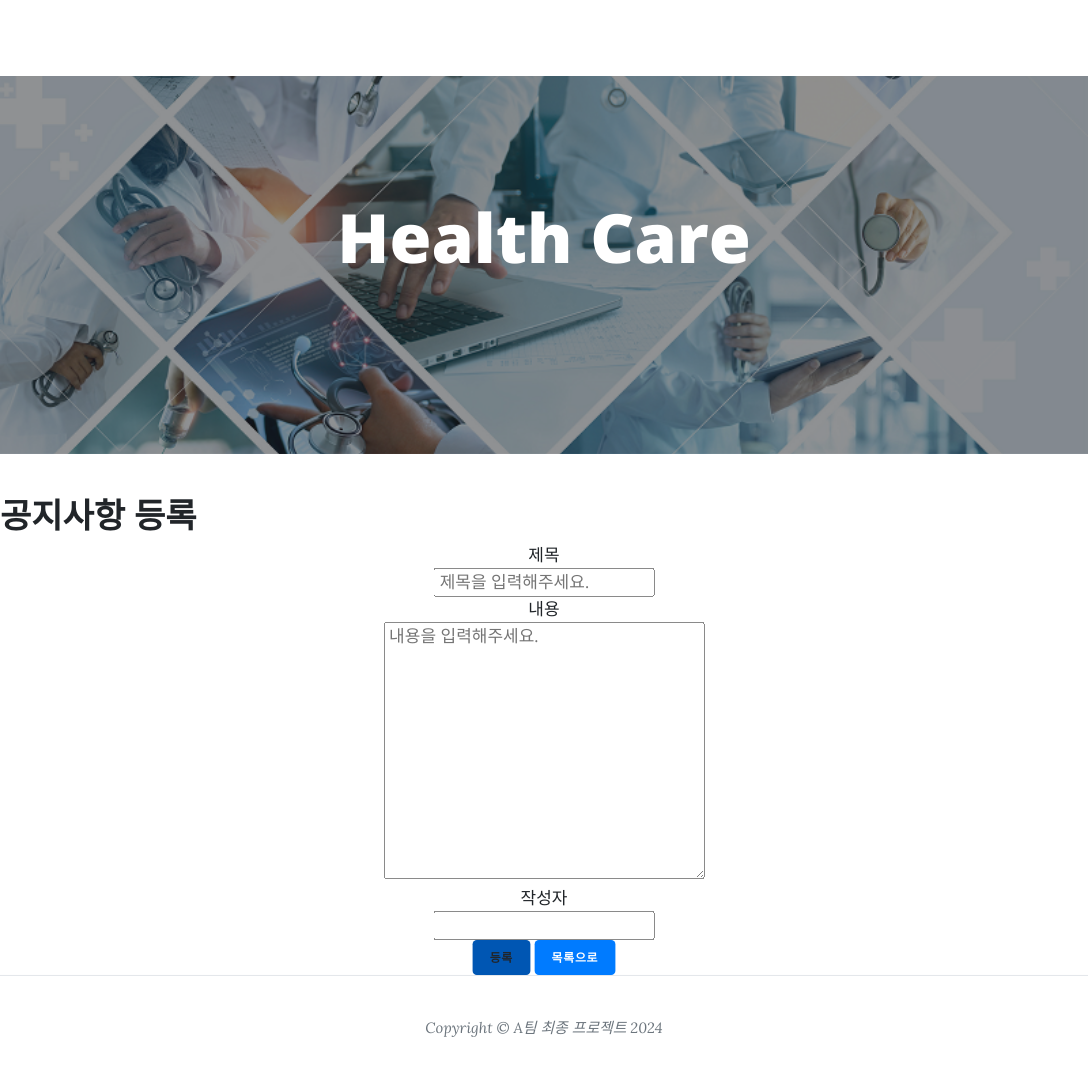
Repository: honsb91/project
Page: http://localhost/hospital/WEB-INF/views/board/notwriter.jsp
An editor plug-in stored every save of this project. The page is shown before and after the next save, followed by the edit.
The browser window is 1280 px wide. The pictures show the whole page, at 85% of full size.
The pointer rests on the first visible `button.btn`.
Some web libraries are served in a nearby version. The page is served by Tomcat 9. Nobody is signed in. Other server files are loaded and not shown. The template is opened directly, without the code that normally fills it, so the values that code supplies are empty.

Above is the page before, as saved 2024-02-07 02:27:26.

### hospital/src/main/webapp/WEB-INF/views/board/notwriter.jsp
<%@ page language="java" contentType="text/html; charset=UTF-8"
    pageEncoding="UTF-8"%>
<!DOCTYPE html>
<html>
<head>
<meta charset="UTF-8">
<title>Insert title here</title>
</head>
<link rel="stylesheet" href="/resources/css/board/notwriter.css">
<script src="https://ajax.googleapis.com/ajax/libs/jquery/3.3.1/jquery.min.js"></script>
<body>
<jsp:include page="/WEB-INF/views/include/header.jsp"/>
<h1>공지사항 등록</h1>
<form id="notice_form" action="/board/notwriter" method="post">
<div class="container">
    <div class="form-container">
        <div class="menu">제목</div>
           <input type="text" name="notice_title" class="notice-subject" placeholder=" 제목을 입력해주세요.">
    </div>
    <div class="form-container">
        <div class="menu">내용</div>
           <textarea name="notice_content" cols="30" rows="10" placeholder=" 내용을 입력해주세요." class="content"></textarea>
    </div>
    <div class="form-container">
        <div class="menu">작성자</div>
        <input type="text" name="notice_writer" id="writer" class="notice-subject">
    </div>
    <div class="button-container">
    <button type="submit" class="btn">등록</button>
    <button type="button" class="btn" id="notice_list">목록으로</button>
    </div>
    </div>
</form>
<jsp:include page="/WEB-INF/views/include/footer.jsp"/>
</body>
<script>
$(document).ready(function(){
    $("#notice_list").click(function(){
        // 목록 페이지로 이동
        window.location.href = "/board/notice";
    });
});
</script>
</html>

### hospital/src/main/webapp/WEB-INF/views/include/header.jsp
<%@ page language="java" contentType="text/html; charset=UTF-8"
	pageEncoding="UTF-8"%>
<%@ taglib prefix="c" uri="http://java.sun.com/jsp/jstl/core"%>
<meta charset="UTF-8">`
<title>Insert title here</title>
<head>
<meta charset="utf-8" />
<meta name="viewport" content="width=device-width, initial-scale=1, shrink-to-fit=no" />
<meta name="description" content="" />
<meta name="author" content="" />
<link rel="icon" type="image/x-icon" href="/resources/assets/favicon.ico" />
<script src="https://use.fontawesome.com/releases/v6.3.0/js/all.js" crossorigin="anonymous"></script>
<link href="https://fonts.googleapis.com/css?family=Lora:400,700,400italic,700italic" rel="stylesheet" type="text/css" />
<link href="https://fonts.googleapis.com/css?family=Open+Sans:300italic,400italic,600italic,700italic,800italic,400,300,600,700,800"
	rel="stylesheet" type="text/css" />
<link href="/resources/css/styles.css" rel="stylesheet" />
</head>
<body>
	<!-- Navigation-->
	<nav class="navbar navbar-expand-lg navbar-light" id="mainNav">
		<div class="container px-4 px-lg-5">
			<a class="navbar-brand" href="/main">Health Care</a>
			<button class="navbar-toggler" type="button"
				data-bs-toggle="collapse" data-bs-target="#navbarResponsive"
				aria-controls="navbarResponsive" aria-expanded="false"
				aria-label="Toggle navigation">
				Menu <i class="fas fa-bars"></i>
			</button>
			<div class="collapse navbar-collapse" id="navbarResponsive">
				<ul class="navbar-nav ms-auto py-4 py-lg-0 ">
    				<li class="nav-item"><a class="nav-link px-lg-3 py-3 py-lg-4" href="/main">Home</a></li>
    				<!-- 관리자로 로그인시 faq 와 공지사항은 안보이게 처리-->
    				<c:if test="${empty admin}">
    					<li class="nav-item"><a class="nav-link px-lg-3 py-3 py-lg-4" href="<c:url value='/board/faq'/>">FAQ</a></li>
    					<li class="nav-item"><a class="nav-link px-lg-3 py-3 py-lg-4" href="<c:url value='/board/notice'/>">공지사항</a></li>
    					<li class="nav-item"><a class="nav-link px-lg-3 py-3 py-lg-4" href="<c:url value='/board/qsboard'/>">질문게시판</a></li>
    				</c:if>

    				<c:if test="${empty patient and empty admin}">
        			<!-- 로그인 안 된 경우 -->
        				<li class="nav-item"><a class="nav-link px-lg-3 py-3 py-lg-4" href="<c:url value='/member/login'/>">로그인</a></li>
        				<li class="nav-item"><a class="nav-link px-lg-3 py-3 py-lg-4" href="<c:url value='/admin/login'/>">관리자 로그인</a></li>
        				<li class="nav-item"><a class="nav-link px-lg-3 py-3 py-lg-4" href="<c:url value='/member/join'/>">회원가입</a></li>
    				</c:if>

    				<c:if test="${not empty patient}">
        			<!-- 일반 회원으로 로그인된 경우 -->
        				<li class="nav-item"><a class="nav-link px-lg-3 py-3 py-lg-4" href="<c:url value='/member/logout'/>">로그아웃</a></li>
    				</c:if>

    				<c:if test="${not empty admin}">
        			<!-- 관리자로 로그인된 경우 -->
        				<li class="nav-item"><a class="nav-link px-lg-3 py-3 py-lg-4" href="<c:url value='/board/patient'/>">환자정보 관리</a></li>
        				<li class="nav-item"><a class="nav-link px-lg-3 py-3 py-lg-4" href="<c:url value='/board/faq'/>">FAQ 관리</a></li>
        				<li class="nav-item"><a class="nav-link px-lg-3 py-3 py-lg-4" href="<c:url value='/board/notice'/>">공지사항 관리</a></li>
        				<li class="nav-item"><a class="nav-link px-lg-3 py-3 py-lg-4" href="<c:url value='/admin/logout'/>">로그아웃</a></li>
    				</c:if>
				</ul>
			</div>
		</div>
	</nav>
	<!-- Page Header-->
	<header class="masthead" style="background-image: url('/resources/assets/img/test4.png')">
		<div class="container position-relative px-4 px-lg-5">
			<div class="row gx-4 gx-lg-5 justify-content-center">
				<div class="col-md-10 col-lg-8 col-xl-7">
					<div class="site-heading">
						<h1>Health Care</h1>
					</div>
				</div>
			</div>
		</div>
	</header>

### hospital/src/main/webapp/WEB-INF/views/include/footer.jsp
<%@ page language="java" contentType="text/html; charset=UTF-8"
    pageEncoding="UTF-8"%>
<!DOCTYPE html>
<html>
<head>
<meta charset="UTF-8">
<title>Insert title here</title>
</head>
<body>
<footer class="border-top">
		<div class="container px-4 px-lg-5">
			<div class="row gx-4 gx-lg-5 justify-content-center">
				<div class="col-md-10 col-lg-8 col-xl-7">
					<div class="small text-center text-muted fst-italic">Copyright
						&copy; A팀 최종 프로젝트 2024</div>
				</div>
			</div>
		</div>
	</footer>
	<!-- Bootstrap core JS-->
	<script
		src="https://cdn.jsdelivr.net/npm/bootstrap@5.2.3/dist/js/bootstrap.bundle.min.js"></script>
	<!-- Core theme JS-->
	<script src="js/scripts.js"></script>
</body>
</html>

### hospital/src/main/webapp/resources/css/board/notwriter.css
*{
  margin: 0;
  padding: 0;
}
form {
    text-align : center;
}

a{
  text-decoration:none;
  color:inherit;
}

ul,li{
  text-decoration:none;
  list-style:none;
}


/* 스타일시작 */

.container{
  width: 1200px;
  margin:auto;

}

.container>.create-section{
  width: 900px;
  margin:auto;
}

.container>.create-section>.title{
  font-size: 30px;
  font-weight: bold;
  margin-top: 30px;
  margin-bottom: 60px;
}

.container>.create-section>form{
  width: 800px;
  margin:auto;
}

.container>.create-section>form>.form-container>.menu{
  text-align:left;
  font-size: 25px;
  font-weight: bold;
  margin-bottom: 20px;
  margin-top: 40px;
}

.container>.create-section>form>.form-container>.notice-subject{
  width: 800px;
  height: 30px;
  padding: 10px;
}

.container>.create-section>form>.form-container>.content{
  width: 800px;
  height: 200px;
  padding: 10px;
}

.container>.create-section>form>.button{
  width: 350px;
  margin:auto;
  display:flex;
  justify-content:space-between;
  margin-top: 40px;
}


.container>.create-section>form>.button>button{
  width: 150px;
  height: 40px;
  font-size: 20px;
}


        button.btn {
    padding: 10px 20px;
    background-color: #007bff;
    color: #fff;
    border: none;
    border-radius: 5px;
    cursor: pointer;
}

button.btn:hover {
    background-color: #0056b3;
}

### hospital/src/main/webapp/resources/js/scripts.js
/*!
* Start Bootstrap - Clean Blog v6.0.9 (https://startbootstrap.com/theme/clean-blog)
* Copyright 2013-2023 Start Bootstrap
* Licensed under MIT (https://github.com/StartBootstrap/startbootstrap-clean-blog/blob/master/LICENSE)
*/
window.addEventListener('DOMContentLoaded', () => {
    let scrollPos = 0;
    const mainNav = document.getElementById('mainNav');
    const headerHeight = mainNav.clientHeight;
    window.addEventListener('scroll', function() {
        const currentTop = document.body.getBoundingClientRect().top * -1;
        if ( currentTop < scrollPos) {
            // Scrolling Up
            if (currentTop > 0 && mainNav.classList.contains('is-fixed')) {
                mainNav.classList.add('is-visible');
            } else {
                console.log(123);
                mainNav.classList.remove('is-visible', 'is-fixed');
            }
        } else {
            // Scrolling Down
            mainNav.classList.remove(['is-visible']);
            if (currentTop > headerHeight && !mainNav.classList.contains('is-fixed')) {
                mainNav.classList.add('is-fixed');
            }
        }
        scrollPos = currentTop;
    });
})

Loaded but not shown: hospital/src/main/webapp/resources/css/styles.css (library)

After the next save:
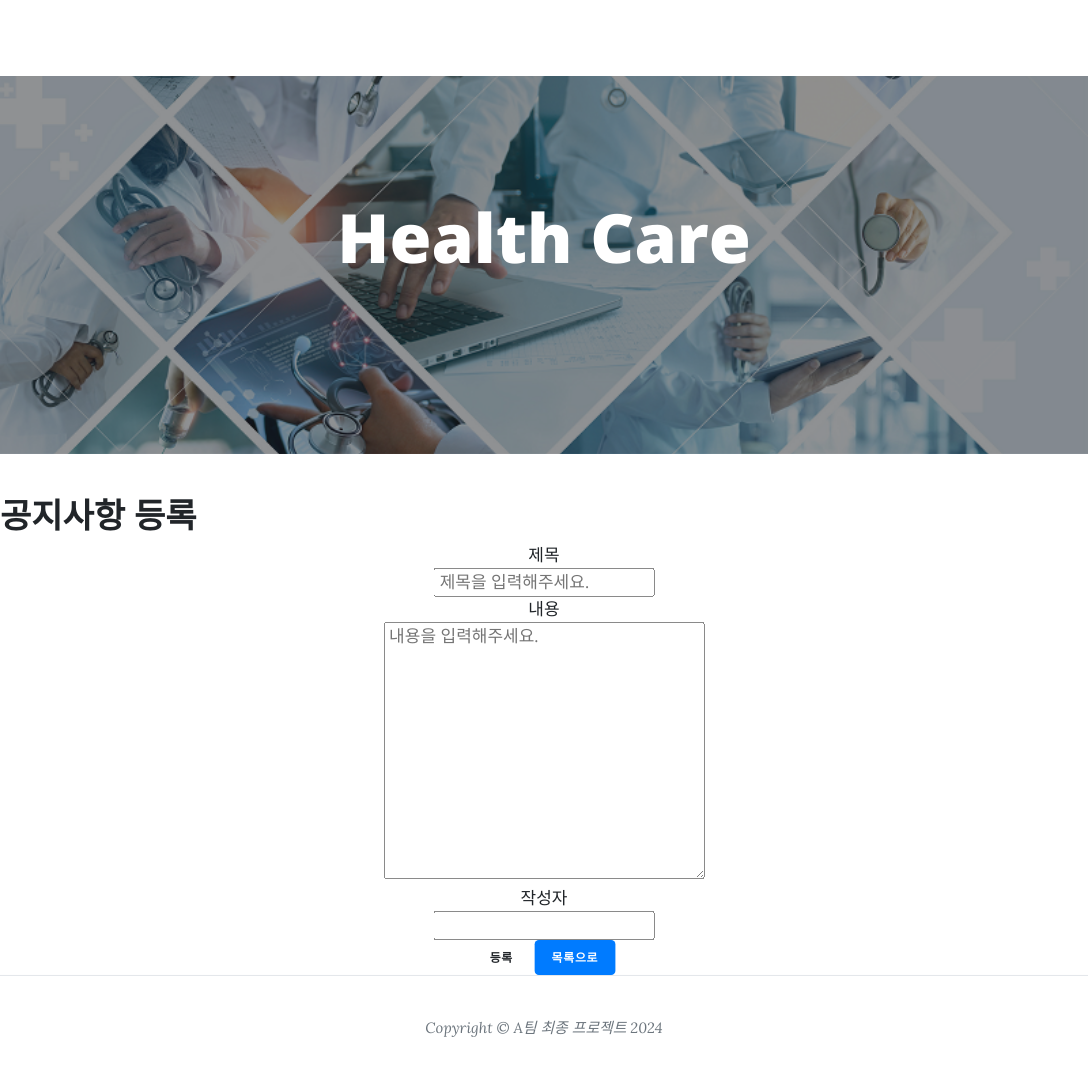
Saved 9 s later.
--- a/hospital/src/main/webapp/resources/css/board/notwriter.css
+++ b/hospital/src/main/webapp/resources/css/board/notwriter.css
@@ -86,7 +86,3 @@ ul,li{
     border-radius: 5px;
     cursor: pointer;
 }
-
-button.btn:hover {
-    background-color: #0056b3;
-}
